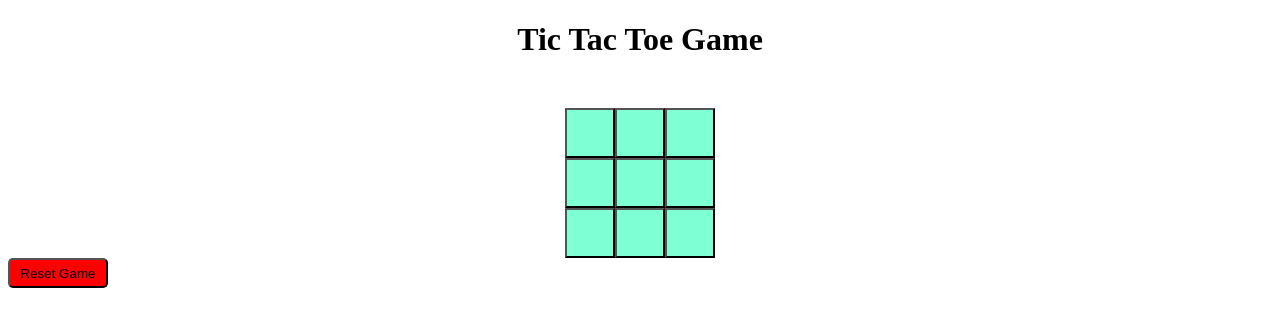
Repository: Wahid137/tic-tac-toe-game
Page: /
These files come from the project's save history. The page is drawn as it stood at one moment and after the next save; the edit follows.
The browser window is 1280 px wide. The pictures show the whole page.
The project was rebuilt for these pictures with package versions that can differ from the ones it lists, and the page was loaded fresh each time. Also part of the build but not shown: vite.config.js, src/index.css.

Above is the page before, as saved 2023-09-18 01:46:32.

After the next save:
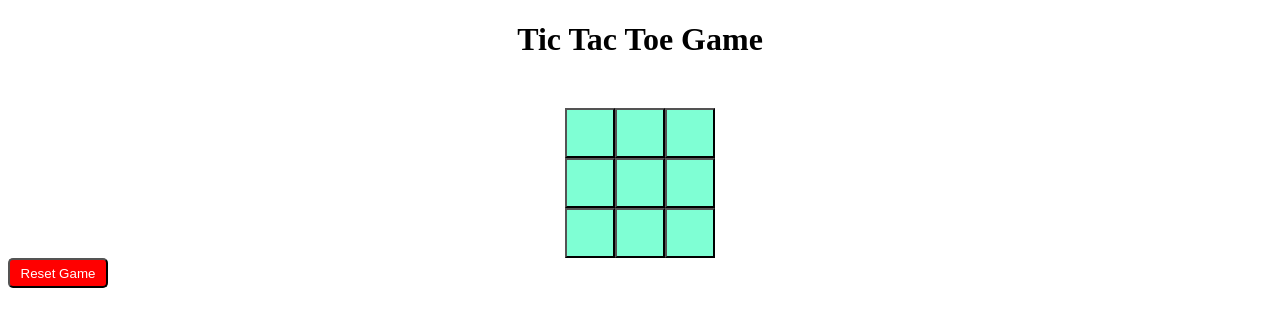
Saved 25 s later.
--- a/src/App.css
+++ b/src/App.css
@@ -25,5 +25,5 @@ h1{
   height: 30px;
   border-radius: 5px;
   background-color: red;
-  margin: auto 0;
+  color: white;
 }
